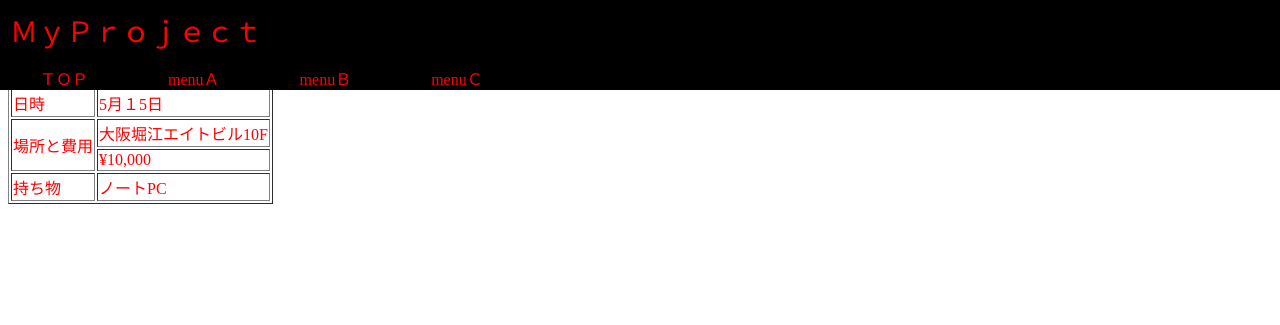
Repository: user10112018/test
Page: http://localhost/MyProject/
An editor plug-in stored every save of this project. The page is shown before and after the next save, followed by the edit.
The browser window is 1280 px wide. The pictures show the whole page.
The page is served by Tomcat 9.

Above is the page before, as saved 2018-11-14 02:14:34.

After the next save:
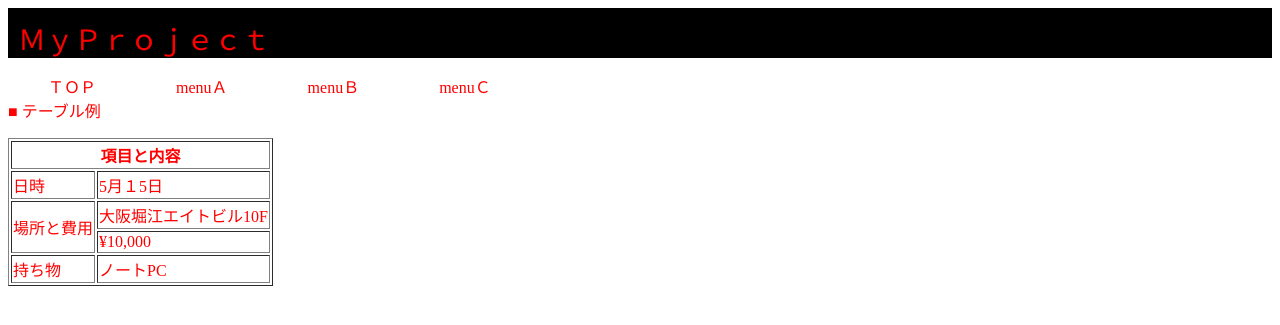
Saved 45 s later.
--- a/MyProject/WebContent/css/style01.css
+++ b/MyProject/WebContent/css/style01.css
@@ -6,7 +6,7 @@ body {
 
 
 header{
-	position: absolute;
+/* 	position: absolute; */
 	left: 0px;
 	top: 0px;
 	background-color: black;
